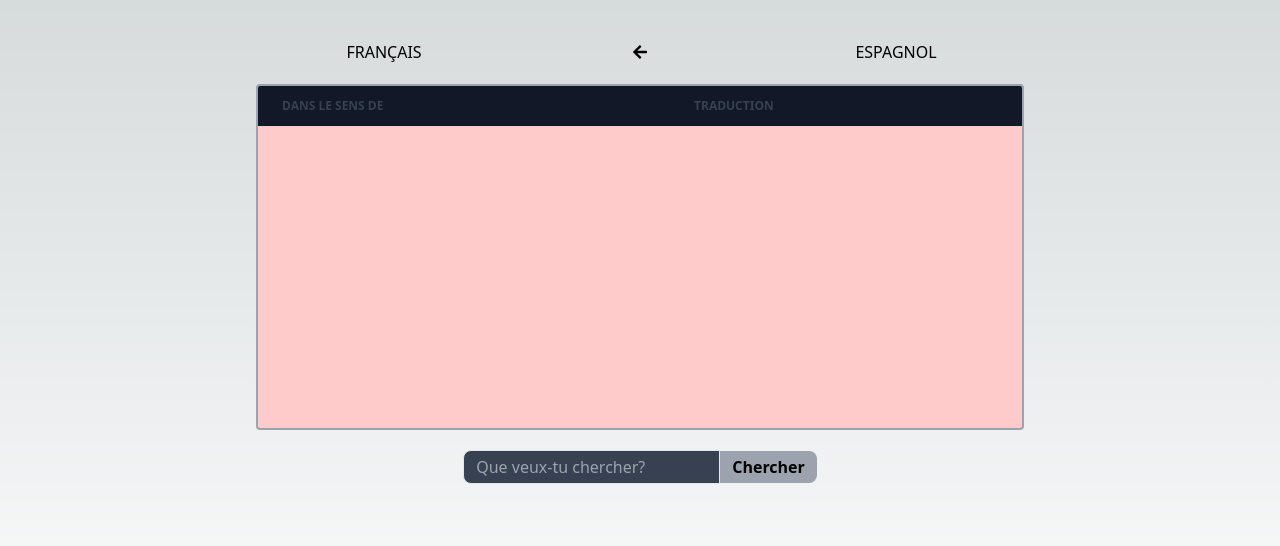
Repository: All-Khwarizmi/Dico
Page: /
These files come from the project's save history. The page is drawn as it stood at one moment and after the next save; the edit follows.
The browser window is 1280 px wide. The pictures show the whole page.
The project was rebuilt for these pictures with package versions that can differ from the ones it lists, and the page was loaded fresh each time. The framework's server and built-in components were replaced by stand-ins that run in the browser. Also part of the build but not shown: next.config.js, vite.config.ts.

Above is the page before, as saved 2023-02-17 18:31:48.

After the next save:
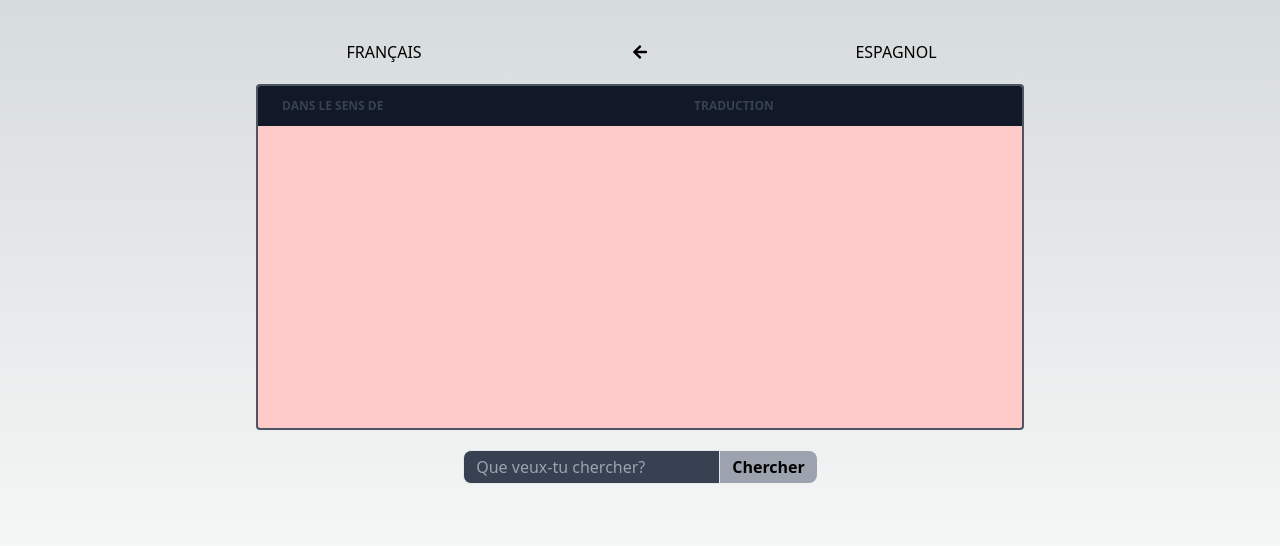
Saved 13 s later.
--- a/src/app/page.tsx
+++ b/src/app/page.tsx
@@ -108,7 +108,7 @@ export default function Home() {
         )}
       </div>
       <div className='flex h-[80%] flex-col  items-center gap-5'>
-        <div className=' h-[60%] max-h-[80%] w-[60%] overflow-scroll rounded border-2 border-solid border-gray-400 bg-red-200'>
+        <div className=' h-[60%] max-h-[80%] w-[60%] overflow-scroll rounded border-2 border-solid border-gray-600 bg-red-200'>
           <div className='text-black '>
             <div className=''>
               <table className='  relative w-full text-left text-sm text-gray-500 dark:text-gray-400'>
